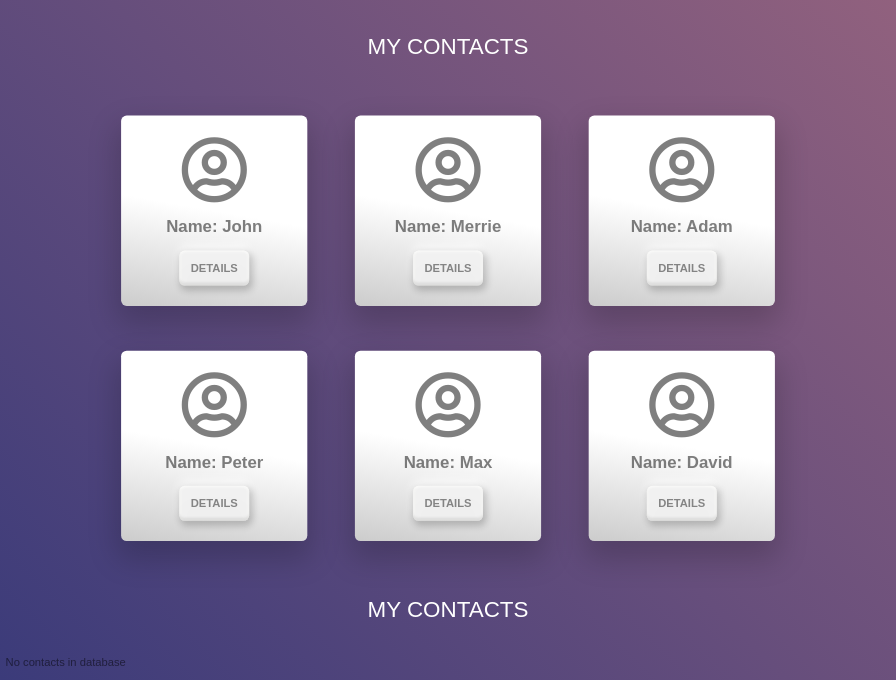
Repository: jenny241093/JS-Core
Page: 03.JSApplications/07.Templating/05. JS-Applications-Templating-Lab-Resources/index.html
An editor plug-in stored every save of this project. The page is shown before and after the next save, followed by the edit.
The browser window is 1280 px wide. The pictures show the part of the page from y = 0 to 1920 px (the page is 972 px tall before and 2961 px after), at 70% of full size.

Above is the page before, as saved 2019-04-04 12:50:20.

### 03.JSApplications/07.Templating/05. JS-Applications-Templating-Lab-Resources/index.html
<html lang="en">

<head>
    <meta charset="UTF-8">
    <link rel="stylesheet" type="text/css" href="./style.css">
    <script src="https://code.jquery.com/jquery-3.3.1.min.js"></script>
    <script src="./node_modules/handlebars/dist/handlebars.min.js"></script>
    <script src="./contacts.js"></script>
    <script src="./renderContacts.js"></script>
    <link rel="stylesheet" href="https://use.fontawesome.com/releases/v5.7.2/css/all.css" integrity="sha384-fnmOCqbTlWIlj8LyTjo7mOUStjsKC4pOpQbqyi7RrhN7udi9RwhKkMHpvLbHG9Sr" crossorigin="anonymous">
    <title>Contacts</title>
</head>

<body>
    <h1>My contacts</h1>
    <div class="contacts">
        <div class="contact card">
            <div>
                <i class="far fa-user-circle gravatar"></i>
            </div>
            <div class="info">
                <h2>Name: John</h2>
                <button class="detailsBtn" onclick="showDetails(1)">Details</button>
                <div class="details" id="1" style="display: none;">
                    <p>Phone number: 0847759632</p>
                    <p>Email: john@john.com</p>
                </div>
            </div>
        </div>
        <div class="contact card">
            <div>
                <i class="far fa-user-circle gravatar"></i>
            </div>
            <div class="info">
                <h2>Name: Merrie</h2>
                <button class="detailsBtn" onclick="showDetails(2)">Details</button>
                <div class="details" id="2" style="display: none;">
                    <p>Phone number: 0845996111</p>
                    <p>Email: merrie@merrie.com</p>
                </div>
            </div>
        </div>
        <div class="contact card">
            <div>
                <i class="far fa-user-circle gravatar"></i>
            </div>
            <div class="info">
                <h2>Name: Adam</h2>
                <button class="detailsBtn" onclick="showDetails(3)">Details</button>
                <div class="details" id="3" style="display: none;">
                    <p>Phone number: 0866592475</p>
                    <p>Email: adam@stamat.com</p>
                </div>
            </div>
        </div>
        <div class="contact card">
            <div>
                <i class="far fa-user-circle gravatar"></i>
            </div>
            <div class="info">
                <h2>Name: Peter</h2>
                <button class="detailsBtn" onclick="showDetails(4)">Details</button>
                <div class="details" id="4" style="display: none;">
                    <p>Phone number: 0866592475</p>
                    <p>Email: peter@peter.com</p>
                </div>
            </div>
        </div>
        <div class="contact card">
            <div>
                <i class="far fa-user-circle gravatar"></i>
            </div>
            <div class="info">
                <h2>Name: Max</h2>
                <button class="detailsBtn" onclick="showDetails(5)">Details</button>
                <div class="details" id="5" style="display: none;">
                    <p>Phone number: 0866592475</p>
                    <p>Email: max@max.com</p>
                </div>
            </div>
        </div>
        <div class="contact card">
            <div>
                <i class="far fa-user-circle gravatar"></i>
            </div>
            <div class="info">
                <h2>Name: David</h2>
                <button class="detailsBtn" onclick="showDetails(6)">Details</button>
                <div class="details" id="6" style="display: none;">
                    <p>Phone number: 0866592475</p>
                    <p>Email: david@david.com</p>
                </div>
            </div>
        </div>
    </div>
</body>

</html>

### 03.JSApplications/07.Templating/05. JS-Applications-Templating-Lab-Resources/style.css
html {
  font-family: "Raleway", arial, sans-serif;
  color: rgba(0, 0, 0, 0.5);
  background-size: cover;
  background: linear-gradient(45deg, #3b3b7a, #91617e);
}

.contacts {
  margin: 0 auto;
  text-align: center;
}

button {
  color: rgba(0, 0, 0, 0.45);
  outline: none;
  border: none;
  box-shadow: 3px 5px 10px 2px rgba(0, 0, 0, 0.2), inset 0 -5px 4px -1px rgba(0, 0, 0, 0.1), 0 -10px 15px -1px rgba(255, 255, 255, 0.6), inset 0 3px 4px -1px rgba(255, 255, 255, 0.2), inset 0 0 5px 1px rgba(255, 255, 253, 0.8), inset 0 20px 30px 0 rgba(255, 255, 255, 0.2);
  border-radius: 8px;
  margin: 0 2px;
  text-align: center;
  font-size: 1rem;
  font-weight: bold;
  text-transform: uppercase;
  padding: 16px;
  cursor: pointer;
}

button:hover {
  cursor: pointer;
  background: #F0F0F0;
}

.details {
  text-align: left;
  padding: 1.3em 0 0 1.3em;
}

.card {
  margin: 2rem;
  width: 21%;
  display: inline-block;
  text-align: center;
  background: linear-gradient(10deg, #ccc, #fff 50%);
  box-shadow: 0 1.25rem 2.625rem 0.375rem rgba(0, 0, 0, 0.18);
  border-radius: 0.5rem;
  padding: 29px 0px;
}

.gravatar {
  font-size: 6rem;
}

h1 {
  text-align: center;
  color: white;
  font-weight: 200;
  text-transform: uppercase;
  margin: 3rem;
}

### 03.JSApplications/07.Templating/05. JS-Applications-Templating-Lab-Resources/contacts.js
const contacts = [
    {
        id: 1,
        name: "John",
        phoneNumber: "0847759632",
        email: "john@john.com"
    },
    {
        id: 2,
        name: "Merrie",
        phoneNumber: "0845996111",
        email: "merrie@merrie.com"
    },
    {
        id: 3,
        name: "Adam",
        phoneNumber: "0866592475",
        email: "adam@stamat.com"
    },
    {
        id: 4,
        name: "Peter",
        phoneNumber: "0866592475",
        email: "peter@peter.com"
    },
    {
        id: 5,
        name: "Max",
        phoneNumber: "0866592475",
        email: "max@max.com"
    },
    {
        id: 6,
        name: "David",
        phoneNumber: "0866592475",
        email: "david@david.com"
    }
];

### 03.JSApplications/07.Templating/05. JS-Applications-Templating-Lab-Resources/renderContacts.js
function showDetails(id) {
    $('#${id}').toggle();
}

$(async() => {
    try {
        const contactListHtml = await $.get(`./contact-list.hbs`);
        const contactInfoHtml = await $.get(`./contact-info.hbs`);
        Handlebars.registerPartial(`contactInfo`, contactInfoHtml);
        const template = Handlebars.compile(contactListHtml);

        const renderedHtml = template(contacts);
        $('body').append(renderedHtml);
    } catch (error) {
        console.log(error);

    }

})

Loaded but not shown: 03.JSApplications/07.Templating/05. JS-Applications-Templating-Lab-Resources/node_modules/handlebars/dist/handlebars.min.js (library)

After the next save:
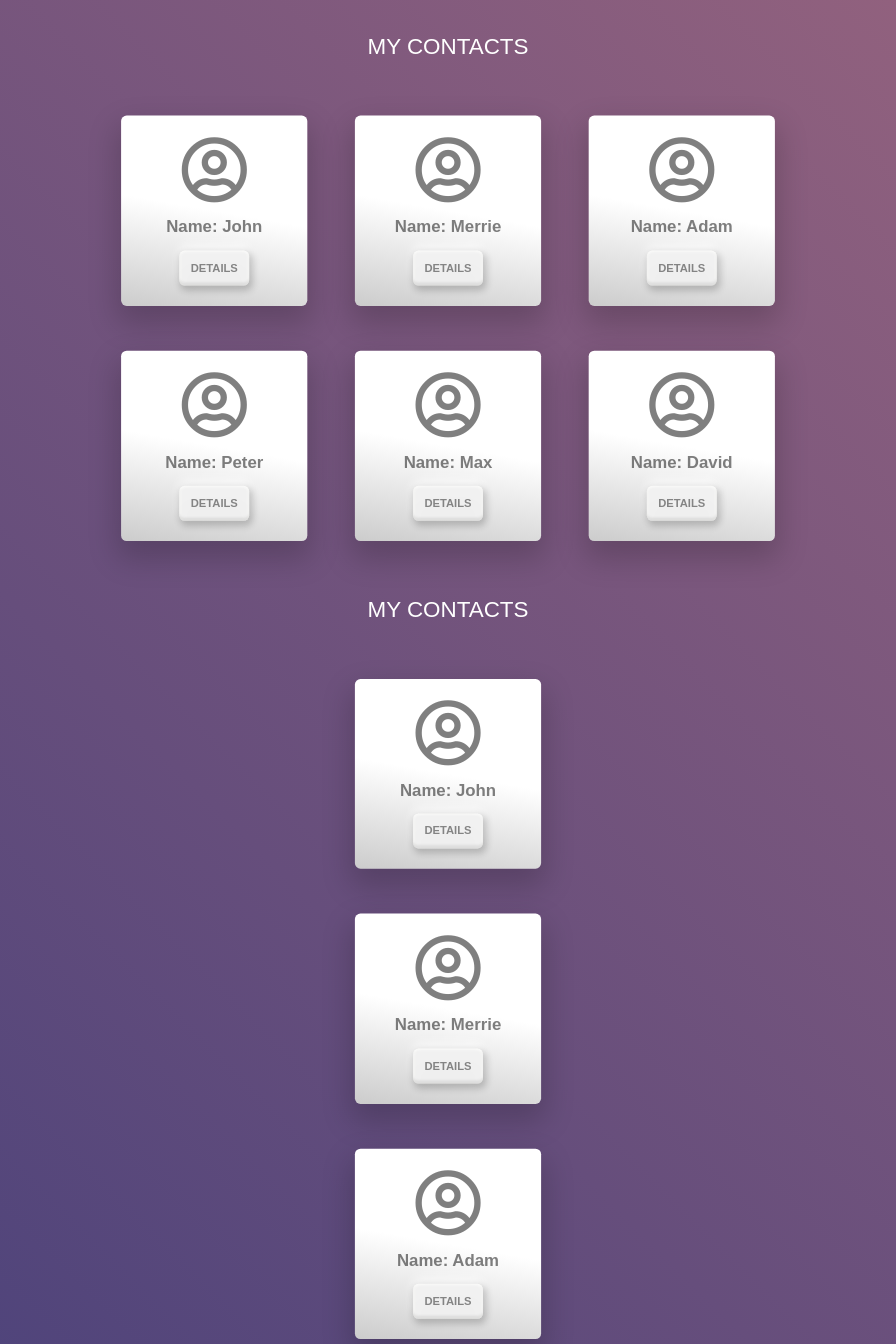
Saved 8 s later.
--- a/03.JSApplications/07.Templating/05. JS-Applications-Templating-Lab-Resources/renderContacts.js
+++ b/03.JSApplications/07.Templating/05. JS-Applications-Templating-Lab-Resources/renderContacts.js
@@ -9,7 +9,7 @@ $(async() => {
         Handlebars.registerPartial(`contactInfo`, contactInfoHtml);
         const template = Handlebars.compile(contactListHtml);
 
-        const renderedHtml = template(contacts);
+        const renderedHtml = template({ contacts });
         $('body').append(renderedHtml);
     } catch (error) {
         console.log(error);
